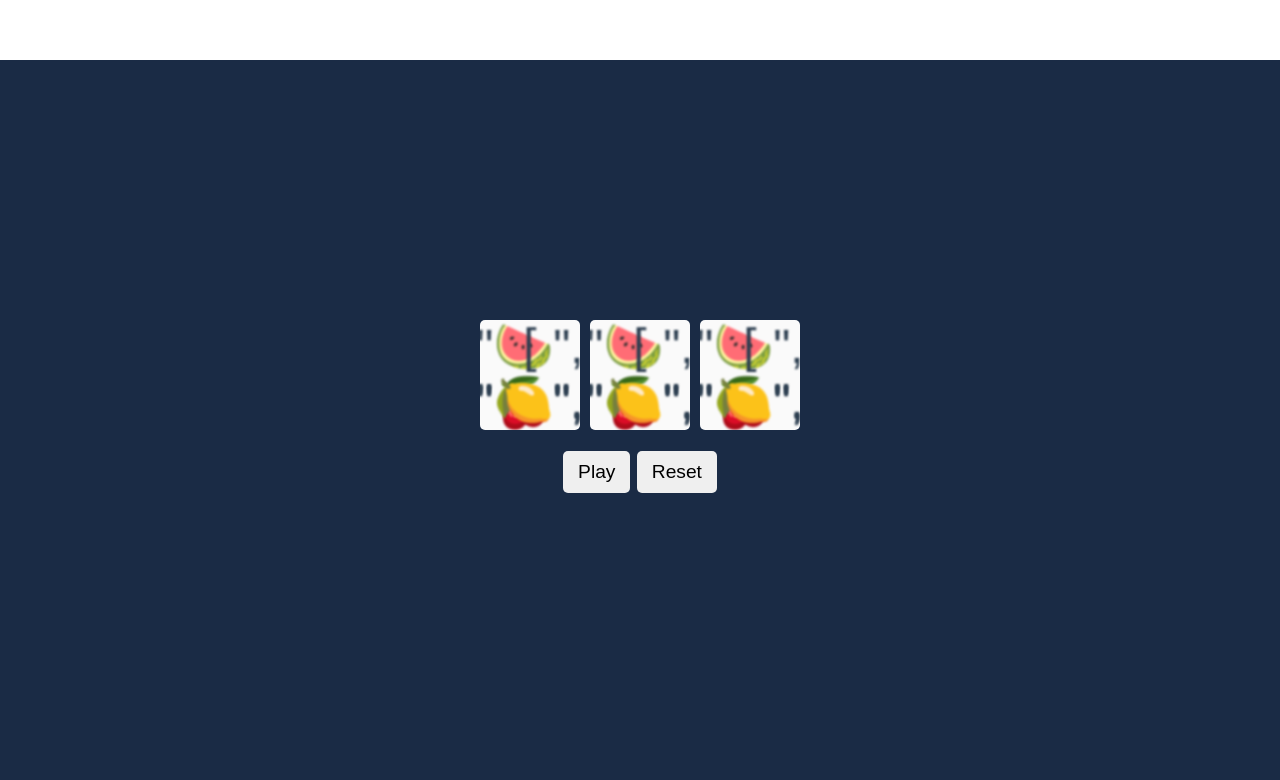
Repository: HERBOD7/slotmachine
Page: /
An editor plug-in stored every save of this project. The page is shown before and after the next save, followed by the edit.
The browser window is 1280 px wide. The pictures show the whole page.
The project was rebuilt for these pictures with package versions that can differ from the ones it lists, and the page was loaded fresh each time. Also part of the build but not shown: vue.config.js.

Above is the page before, as saved 2023-07-22 23:18:48.

### src/App.vue
<template>
  <div id="app">
    <div class="doors">
      <div class="door" v-for="i in 3" :key="i">
        <div class="boxes">
          <div
            :class="['box', isShuffling ? 'animation' : 'blur']"
            v-for="(symbol, index) in symbols"
            :key="index"
          >
            {{ symbol }}
          </div>
        </div>
      </div>
    </div>

    <div class="buttons">
      <button @click="spin" id="spinner">Play</button>
      <button @click="init" id="reseter">Reset</button>
    </div>
  </div>
</template>

<script>
// import HelloWorld from "./components/HelloWorld.vue";

export default {
  name: "App",
  components: {
    // HelloWorld,
  },
  data() {
    return {
      // symbols: ["🍋", "🍉", "🍒", "🍊"],
      symbols: [
        ["🍋", "🍉", "🍒", "🍊"],
        ["🍋", "🍉", "🍒", "🍊"],
        ["🍋", "🍉", "🍒", "🍊"],
      ],
      isShuffling: false,
    };
  },
  created() {
    // this.init();
  },
  methods: {
    init() {
      // for (let i = 0; i < 3; i++) {
      const arr = [];
      // for (let n = 0; n < (groups > 0 ? groups : 1); n++) {
      arr.push(...this.symbols);
      console.log(this.symbols);
      // }
      this.symbols = this.shuffle(arr);
      this.isShuffling = true;
      // }
    },
    enterTransition() {
      this.transitionstart = true;
      console.log("start");
    },
    leaveTransition() {
      this.transitionend = true;
      console.log("end");
    },
    async spin() {
      this.init();
      const doors = document.querySelectorAll(".door");
      for (const door of doors) {
        const boxes = door.querySelector(".boxes");
        const duration = parseInt(boxes.style.transitionDuration);
        boxes.style.transform = "translateY(0)";
        await new Promise((resolve) => setTimeout(resolve, duration * 100));
      }
      // this.isShuffling = false;
    },
    shuffle(array) {
      for (let i = array.length - 1; i > 0; i--) {
        const j = Math.floor(Math.random() * (i + 1));
        [array[i], array[j]] = [array[j], array[i]];
      }
      return array;
    },
  },
};
</script>

<style>
#app {
  font-family: Avenir, Helvetica, Arial, sans-serif;
  -webkit-font-smoothing: antialiased;
  -moz-osx-font-smoothing: grayscale;
  text-align: center;
  color: #2c3e50;
  margin-top: 60px;
}

body {
  width: 100vw;
  height: 100vh;
  margin: 0;
  padding: 0;
}

#app {
  width: 100%;
  height: 100%;
  background: #1a2b45;
  display: flex;
  flex-direction: column;
  justify-content: center;
  align-items: center;
}

.doors {
  display: flex;
}

.door {
  background: #fafafa;
  width: 100px;
  height: 110px;
  overflow: hidden;
  border-radius: 5px;
  margin: 5px;
}

.boxes {
  transform: translateY(0);
  transition: transform 1s ease-in-out;
}

.box {
  display: flex;
  justify-content: center;
  align-items: center;
  font-size: 3rem;
  height: 110px;
  width: 100px;
  transform: translateY(0px);
}

.animation {
  transform: translateY(3px);
  transition: transform 1s ease-in-out;
}

.blur {
  filter: blur(1px);
}

.buttons {
  margin: 1rem 0 2rem 0;
}

button {
  cursor: pointer;
  font-size: 1.2rem;
  margin: 0 0.2rem;
  border: none;
  border-radius: 5px;
  padding: 10px 15px;
}

.info {
  position: fixed;
  bottom: 0;
  width: 100%;
  text-align: center;
}
</style>

Loaded but not shown: public/index.html (common file); src/main.js (common file)

After the next save:
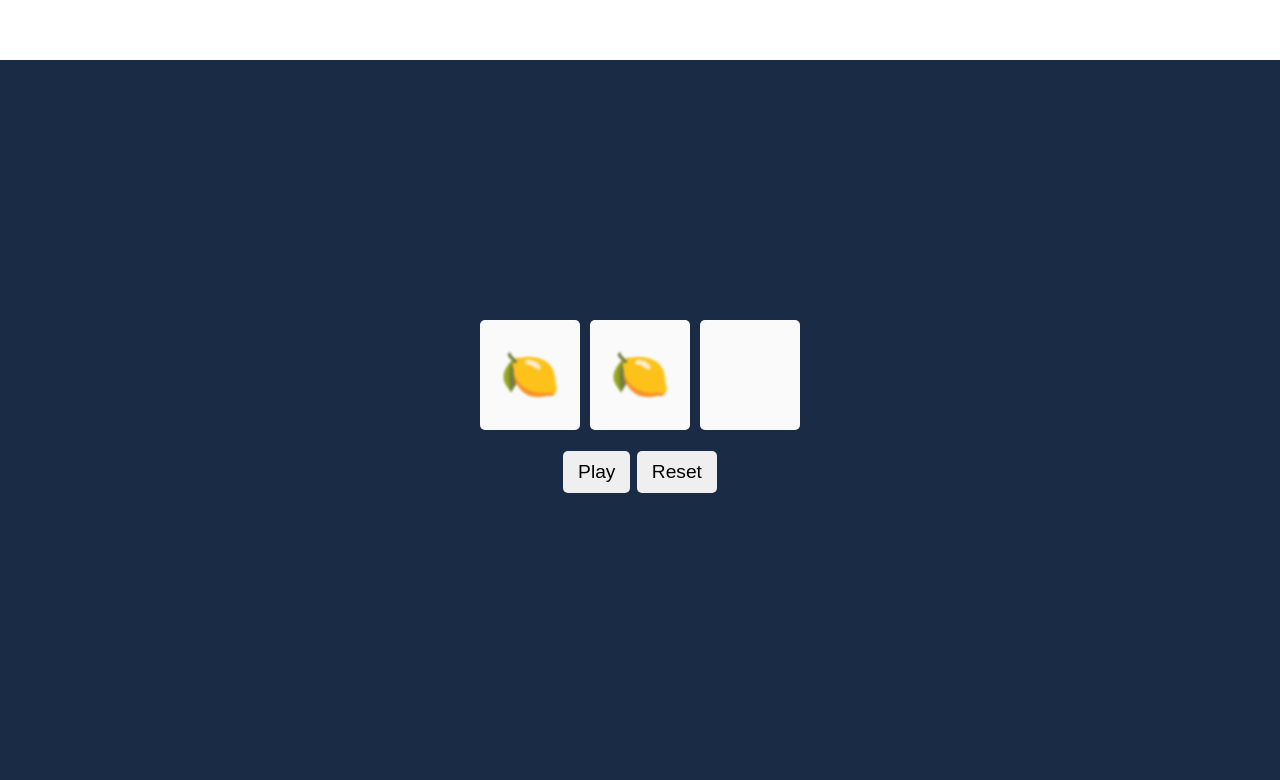
Saved 15 s later.
--- a/src/App.vue
+++ b/src/App.vue
@@ -5,7 +5,7 @@
         <div class="boxes">
           <div
             :class="['box', isShuffling ? 'animation' : 'blur']"
-            v-for="(symbol, index) in symbols"
+            v-for="(symbol, index) in symbols[i]"
             :key="index"
           >
             {{ symbol }}
